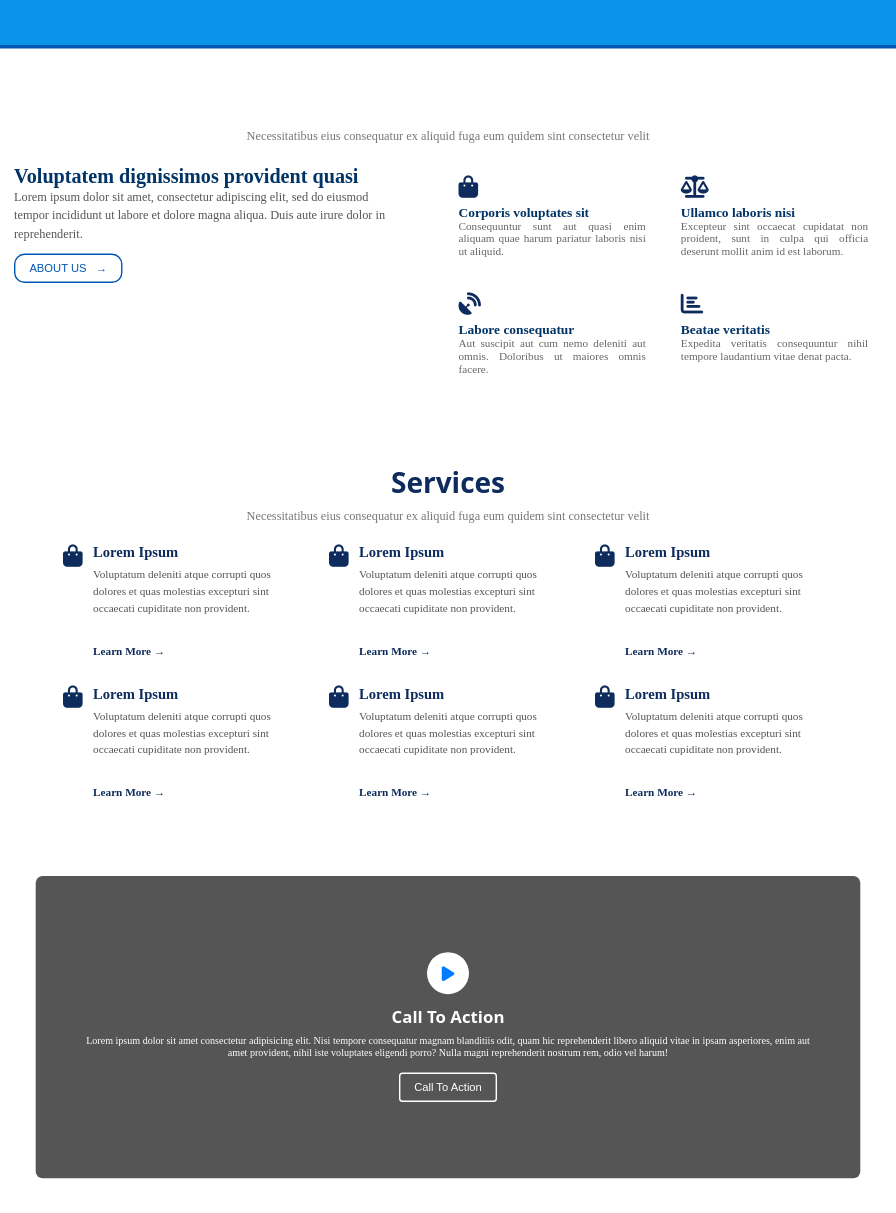
Repository: Sharathguru/web_Project
Page: Service.html
These files come from the project's save history. The page is drawn as it stood at one moment and after the next save; the edit follows.
The browser window is 1280 px wide. The pictures show the part of the page from y = 656 to 2576 px (the page is 2389 px tall before and 3182 px after), at 70% of full size.

Above is the page before, as saved 2025-03-21 20:58:28.

### Service.html
<!DOCTYPE html>
<html lang="en">
<head>
  <meta charset="UTF-8">
  <meta name="viewport" content="width=device-width, initial-scale=1.0">
  <title>ANYAR - About Us</title>

  <link rel="stylesheet" href="https://cdnjs.cloudflare.com/ajax/libs/font-awesome/6.7.2/css/all.min.css" integrity="sha512-Evv84Mr4kqVGRNSgIGL/F/aIDqQb7xQ2vcrdIwxfjThSH8CSR7PBEakCr51Ck+w+/U6swU2Im1vVX0SVk9ABhg==" crossorigin="anonymous" referrerpolicy="no-referrer" />

  <link rel="stylesheet" href="Service.css">
</head>
<body>
  <header>
    <nav id="nav-detail">
      <div id="nav-heading">
        <h2>ANYAR</h2>
      </div>

      <div id="nav-heading2">
        <a href="home.html">Home</a>
        <a href="About.html">About</a>
        <a href="Service.html">Services</a>
        <a href="#">Portfolio</a>
        <a href="#">Team</a>
        <div class="dropdown">
          <select>
            <option value="" disabled selected>Dropdown</option>
            <option value="">Option 1</option>
            <option value="">Option 2</option>
            <option value="">Option 3</option>
          </select>
        </div>
        <a href="Contact.html">Contact</a>
      </div>

      <div id="nav-heading3">
        <i class="fa-brands fa-x-twitter"></i>
        <i class="fa-brands fa-facebook"></i>
        <i class="fa-brands fa-instagram"></i>
        <i class="fa-brands fa-linkedin"></i>
        <i id="menu-bar" class="fa-solid fa-bars"></i>
      </div>
    </nav>

    <nav>
      <div id="nav-content">
        <h1>Welcome to Anyar Occaecati aliquam et in ut omnis</h1>
        <p>Blanditiis praesentium aliquam illum tempore incidunt debitis dolorem magni est deserunt sed qui libero. Qui voluptas amet.</p>
        <button>Get Started</button>
      </div>
    </nav>
  </header>

  <section id="about">
    <div class="container">
        <h1>About</h1>
        <p class="subtitle">Necessitatibus eius consequatur ex aliquid fuga eum quidem sint consectetur velit</p>

        <div class="content">
            <div class="left">
                <h2>Voluptatem dignissimos provident quasi</h2>
                <p>Lorem ipsum dolor sit amet, consectetur adipiscing elit, sed do eiusmod tempor incididunt ut labore et dolore magna aliqua. Duis aute irure dolor in reprehenderit.</p>
                <button class="btn">ABOUT US &nbsp; →</button>
            </div>
            <div class="right">
                <div class="feature">
                    <i class="fa-solid fa-bag-shopping icon"></i>
                    <h3>Corporis voluptates sit</h3>
                    <p>Consequuntur sunt aut quasi enim aliquam quae harum pariatur laboris nisi ut aliquid.</p>
                </div>
                <div class="feature">
                    <i class="fa-solid fa-balance-scale icon"></i>
                    <h3>Ullamco laboris nisi</h3>
                    <p>Excepteur sint occaecat cupidatat non proident, sunt in culpa qui officia deserunt mollit anim id est laborum.</p>
                </div>
                <div class="feature">
                    <i class="fa-solid fa-satellite-dish icon"></i>
                    <h3>Labore consequatur</h3>
                    <p>Aut suscipit aut cum nemo deleniti aut omnis. Doloribus ut maiores omnis facere.</p>
                </div>
                <div class="feature">
                    <i class="fa-solid fa-chart-bar icon"></i>
                    <h3>Beatae veritatis</h3>
                    <p>Expedita veritatis consequuntur nihil tempore laudantium vitae denat pacta.</p>
                </div>
            </div>
        </div>
    </div>
  </section>

  <section class="services">
    <div class="container">
        <h1>Services</h1>
        <p>Necessitatibus eius consequatur ex aliquid fuga eum quidem sint consectetur velit</p>
        <div class="services-grid">
            <div class="service-item">
                <i class="fa-solid fa-bag-shopping icon"></i>
                <div class="service-item-detail">
                <h3>Lorem Ipsum</h3>
                <p>Voluptatum deleniti atque corrupti quos dolores et quas molestias excepturi sint occaecati cupiditate non provident.</p>
                <a href="#" class="learn-more">Learn More →</a>
              </div>
            </div>
            <div class="service-item">
              <i class="fa-solid fa-bag-shopping icon"></i>
              <div class="service-item-detail">
              <h3>Lorem Ipsum</h3>
              <p>Voluptatum deleniti atque corrupti quos dolores et quas molestias excepturi sint occaecati cupiditate non provident.</p>
              <a href="#" class="learn-more">Learn More →</a>
            </div>
          </div>
          <div class="service-item">
            <i class="fa-solid fa-bag-shopping icon"></i>
            <div class="service-item-detail">
            <h3>Lorem Ipsum</h3>
            <p>Voluptatum deleniti atque corrupti quos dolores et quas molestias excepturi sint occaecati cupiditate non provident.</p>
            <a href="#" class="learn-more">Learn More →</a>
          </div>
        </div>
        <div class="service-item">
          <i class="fa-solid fa-bag-shopping icon"></i>
          <div class="service-item-detail">
          <h3>Lorem Ipsum</h3>
          <p>Voluptatum deleniti atque corrupti quos dolores et quas molestias excepturi sint occaecati cupiditate non provident.</p>
          <a href="#" class="learn-more">Learn More →</a>
        </div>
      </div>
      <div class="service-item">
        <i class="fa-solid fa-bag-shopping icon"></i>
        <div class="service-item-detail">
        <h3>Lorem Ipsum</h3>
        <p>Voluptatum deleniti atque corrupti quos dolores et quas molestias excepturi sint occaecati cupiditate non provident.</p>
        <a href="#" class="learn-more">Learn More →</a>
      </div>
    </div>
    <div class="service-item">
      <i class="fa-solid fa-bag-shopping icon"></i>
      <div class="service-item-detail">
      <h3>Lorem Ipsum</h3>
      <p>Voluptatum deleniti atque corrupti quos dolores et quas molestias excepturi sint occaecati cupiditate non provident.</p>
      <a href="#" class="learn-more">Learn More →</a>
    </div>
  </div>
        </div>
    </div>
</section>

<aside id="call-to-action-1">
<aside id="call-to-action">
  <div class="container">
    <div class="icon-wrapper">
      <i class="fa-solid fa-play icon"></i>
    </div>
    <div class="content1">
      <h1>Call To Action</h1>
      <p>
        Lorem ipsum dolor sit amet consectetur adipisicing elit. Nisi tempore consequatur magnam blanditiis odit, quam hic reprehenderit libero aliquid vitae in ipsam asperiores, enim aut amet provident, nihil iste voluptates eligendi porro? Nulla magni reprehenderit nostrum rem, odio vel harum!
      </p>
      <button class="cta-button">Call To Action</button>
    </div>
  </div>
</aside>
</aside>


  <script>
    document.getElementById('menu-bar').addEventListener('click', function() {
      var navHeading2 = document.getElementById('nav-heading2');
      navHeading2.classList.toggle('mobile-menu');
    });
  </script>
</body>
</html>

### Service.css
/* General Styles */
*{
    margin: 0;
    padding: 0;
    box-sizing: border-box;
}

/* Header Styles */
header {
    padding: 0 3rem 0 3rem;
    width: 100%;
    height: 100vh;
    background-color: rgb(10, 147, 232);
}
#nav-detail {
    width: 100%;
    height: 15vh;
    display: flex;
    justify-content: space-between;
    align-items: center;
    color: white;
}
#nav-heading2 {
    width: 50vw;
    display: flex;
    justify-content: space-evenly;
}
#nav-heading2>a {
    text-decoration: none;
    color: white;
}
select {
    background-color: transparent;
    border: none;
    color: white;
}
#nav-heading3 {
    width: 10vw;
    display: flex;
    justify-content: space-evenly;
}
#nav-content {
    height: 80vh;
    padding: 0 5rem;
    align-self: center;
    display: flex;
    flex-direction: column;
    align-items: center;
    text-align: center;
}
#nav-content>h1 {
    color: white;
    font-weight: 900;
    font-size: 4.5rem;
    margin: 3.3rem 0 1rem 0;
}
#nav-content>p {
    padding: 0 4rem 0 4rem;
    color: white;
    font-size: 2rem;
}
#nav-content>button {
    width: 10vw;
    height: 12vh;
    margin: 2rem 0 5rem 0;
    background-color: rgb(15, 67, 102);
    border: none;
    border-radius: 1rem;
    color: white;
    font-weight: 900;
    cursor: pointer;
}
#menu-bar {
    display: none;
}

/* Media query for screen width between 359px and 740px */
@media (min-width: 359px) and (max-width: 740px) {
    header {
        height: 56vh;
    }
    #nav-heading {
        position: relative;
        right: 30px;
    }
    #nav-heading2 {
        display: none;
    }
    #nav-heading3 {
        margin-left: 3rem;
        position: relative;
        left: 30px;
        width: 40vw;
        display: flex;
        justify-content: space-between;
    }
    #menu-bar {
        display: block;
        cursor: pointer;
    }
    #nav-heading2.mobile-menu {
        display: flex;
        flex-direction: column;
        position: absolute;
        top: 15vh;
        left: 0;
        width: 100%;
        background-color: rgb(10, 147, 232);
        padding: 1rem;
        box-shadow: 0 4px 8px rgba(0, 0, 0, 0.1);
    }
    #nav-heading2.mobile-menu a, #nav-heading2.mobile-menu select {
        margin: 0rem 0;
    }
    #nav-content {
        width: 100%;
        height: 100vh;
    }
    #nav-content>h1 {
        width: 100vw;
        font-size: 1.7rem;
    }
    #nav-content>p {
        padding: 0 2rem 0 2rem;
        width: 100vw;
        font-size: 0.9rem;
        opacity: 0.8;
    }
    #nav-content>button {
        width: 100%;
        height: 5vh;
        font-size: 0.8rem;
        background-color: rgb(5, 104, 169);
    }
}

/* About Section */
#about {
    background-color: #fff;
    text-align: center;
    padding: 50px 20px;
    border-top: 5px solid #0056b3;
}

/* Container */
.container {
    /* padding: 0 2rem 0 2rem; */
    max-width: 100%;
    margin: 0 auto;
}

/* Heading */
.container h1 {
    font-size: 2.5em;
    color: white;
    margin-bottom: 10px;
    font-family: system-ui, -apple-system, BlinkMacSystemFont, 'Segoe UI', Roboto, Oxygen, Ubuntu, Cantarell, 'Open Sans', 'Helvetica Neue', sans-serif;
}

.subtitle {
    font-size: 1.1em;
    color: #777;
    margin-bottom: 30px;
}

/* Content */
.content {
    display: flex;
    flex-wrap: wrap;
    justify-content: space-between;
    text-align: left;
}

/* Left Section */
.left {
    width: 45%;
    /* padding: 0 0 0 rem; */
}

.left h2 {

    font-size: 1.8em;
    color: #003366;
}

.left p {
    font-size: 1.1em;
    color: #555;
    line-height: 1.5;
}

.btn {
    display: inline-block;
    margin-top: 15px;
    padding: 10px 20px;
    font-size: 1em;
    color: #0056b3;
    border: 2px solid #0056b3;
    background: none;
    cursor: pointer;
    border-radius: 15px;
    transition: 0.3s ease;
}

.btn:hover {
    background: #0056b3;
    color: white;
}

/* Right Section */
.right {
    width: 50%;
    display: flex;
    flex-wrap: wrap;
    gap: 20px;
}

.feature {
    width: 48%;
    padding: 15px;
}

.icon {
    font-size: 2em;
    color: #0056b3;
}

.feature h3 {
    font-size: 1.2em;
    color: #003366;
    margin-top: 10px;
}

.feature p {
    font-size: 1rem;
    /* color: black; */
    opacity: 0.6;
    text-align: justify;
}

/* Responsive */
@media (max-width: 768px) {
    .content {
        width: 100%;

        flex-direction: column;
        align-items: center;
    }

    .left, .right {
        width: 100%;
        /* text-align: center; */
    }
    .content
    {
        position: relative;
        right: 10px;
        text-align: justify;
    }

    .feature {
        width: 100%;
    }
}

/* Services Section */
.services {
    text-align: center;
    padding: 60px 20px;
    background-color: #fff;
}

.services h1 {
    font-size: 2.5em;
    color: #0d2b5c;
    font-weight: bold;
    margin-bottom: 10px;
}

.services p {
    font-size: 1.1em;
    color: #777;
    margin-bottom: 30px;
}

/* Services Grid */
.services-grid {
    display: grid;
    grid-template-columns: repeat(3, 1fr);
    gap: 40px;
    justify-items: center;
    max-width: 1100px;
    margin: 0 auto;
}

/* Service Item */
.service-item {
    display: flex;
    align-items: flex-start;
    gap: 15px;
    max-width: 350px;
    text-align: left;
}

.service-item-detail {
    display: flex;
    flex-direction: column;
}

.service-item h3 {
    font-size: 1.3em;
    color: #0d2b5c;
    font-weight: bold;
    margin-bottom: 8px;
}

.service-item p {
    font-size: 1rem;
    color: #555;
    line-height: 1.5;
}

/* Service Icons */
.icon {
    font-size: 2rem;
    color: #0d2b5c;
}

/* Learn More Link */
.learn-more {
    display: inline-block;
    margin-top: 10px;
    font-size: 1em;
    color: #0d2b5c;
    text-decoration: none;
    font-weight: bold;
}

.learn-more:hover {
    text-decoration: underline;
}

/* Responsive Styles */
@media (max-width: 992px) {
    .services-grid {
        grid-template-columns: repeat(2, 1fr);
    }
}

@media (max-width: 768px) {
    .services-grid {
        grid-template-columns: 1fr;
    }
    #call-to-action p
    {
        text-align: justify;
    }
}

/* Call to Action Section */
#call-to-action {
    width: 95%;
    height: 60vh;
    background-color: #555;
    display: flex;
    justify-content: center;
    align-items: center;
    border-radius: 10px;
}

#call-to-action .container {
    width: 90%;
    text-align: center;
    color: white;
    /* max-width: 600px; */
}


#call-to-action-1
{
    display: flex;
    justify-content: center;
    align-items: center;
    flex-direction: column;
    text-align: center;
    padding: 50px 20px;
    color: white;
    border-radius: 10px;
}

.icon-wrapper {
    background-color: white;
    display: inline-flex;
    justify-content: center;
    align-items: center;
    width: 60px;
    height: 60px;
    border-radius: 50%;
    margin-bottom: 15px;
}

#call-to-action .icon {
    font-size: 24px;
    color: #007bff;
}

#call-to-action h1 {
    font-size: 24px;
    font-weight: bold;
    margin-bottom: 10px;
}

#call-to-action p {
    width: 100%;
    font-size: 0.9rem;
    margin-bottom: 20px;
}

.cta-button {
    padding: 10px 20px;
    background: transparent;
    color: white;
    border: 2px solid white;
    cursor: pointer;
    font-size: 16px;
    border-radius: 5px;
}

.cta-button:hover {
    background-color: white;
    color: #555;
}

Loaded but not shown: Contact.css (700 lines, source omitted)

After the next save:
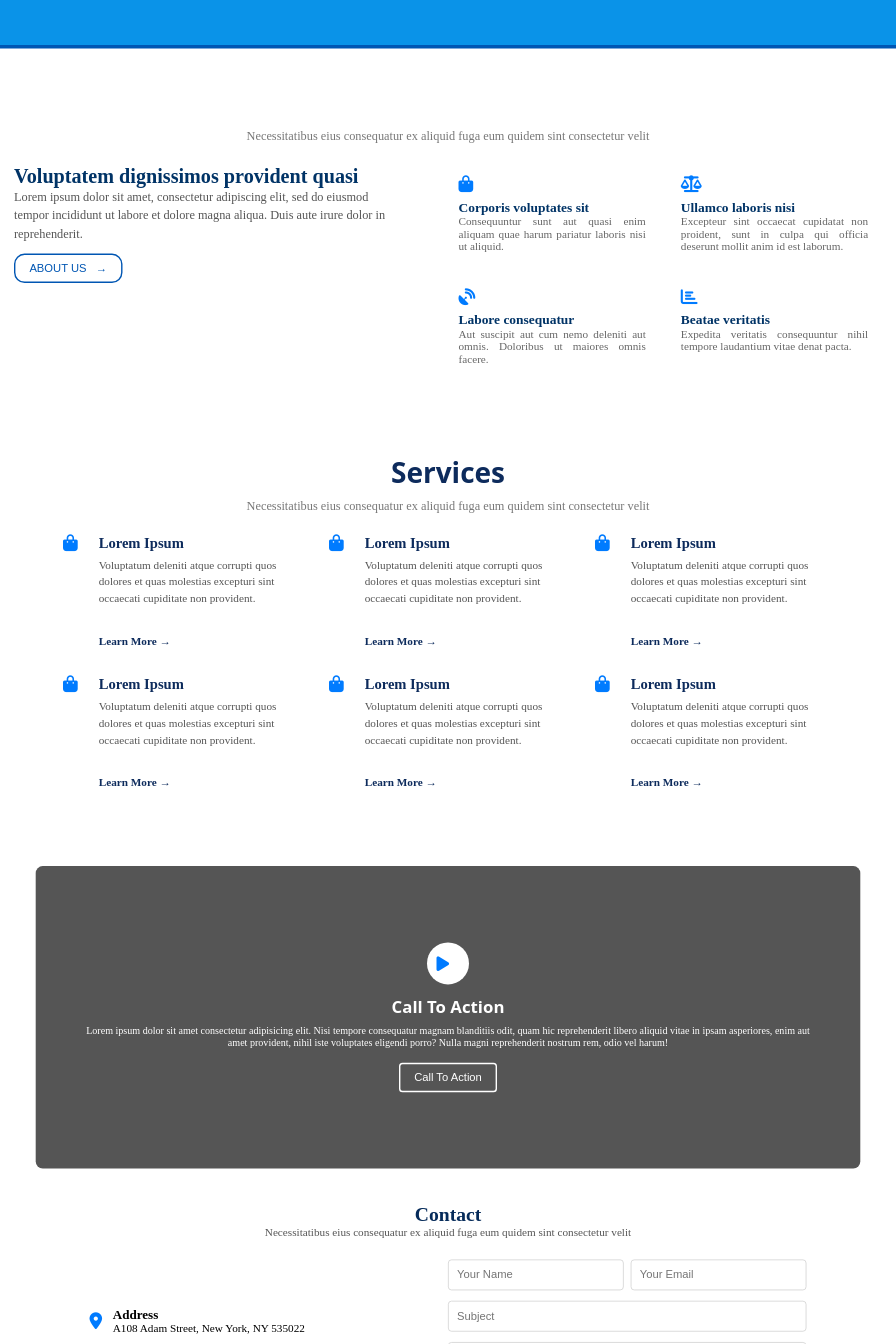
Saved 28 s later.
--- a/Service.html
+++ b/Service.html
@@ -7,7 +7,7 @@
 
   <link rel="stylesheet" href="https://cdnjs.cloudflare.com/ajax/libs/font-awesome/6.7.2/css/all.min.css" integrity="sha512-Evv84Mr4kqVGRNSgIGL/F/aIDqQb7xQ2vcrdIwxfjThSH8CSR7PBEakCr51Ck+w+/U6swU2Im1vVX0SVk9ABhg==" crossorigin="anonymous" referrerpolicy="no-referrer" />
 
-  <link rel="stylesheet" href="Service.css">
+  <link rel="stylesheet" href="Contact.css">
 </head>
 <body>
   <header>
@@ -30,7 +30,7 @@
             <option value="">Option 3</option>
           </select>
         </div>
-        <a href="Contact.html">Contact</a>
+        <a href="#">Contact</a>
       </div>
 
       <div id="nav-heading3">
@@ -162,6 +162,117 @@
 </aside>
 </aside>
 
+<section class="contact-section">
+    <div class="container">
+        <h3 class="title">Contact</h3>
+        <p class="description">
+            Necessitatibus eius consequatur ex aliquid fuga eum quidem sint consectetur velit
+        </p>
+        <div class="contact-wrapper">
+
+            <!-- Left Side - Contact Details -->
+            <div class="contact-info">
+                <div class="info-item">
+                    <i class="fa-solid fa-location-dot icon"></i>
+                    <div>
+                        <h3>Address</h3>
+                        <p>A108 Adam Street, New York, NY 535022</p>
+                    </div>
+                </div>
+                <div class="info-item">
+                    <i class="fa-solid fa-phone icon"></i>
+                    <div>
+                        <h3>Call Us</h3>
+                        <p>+1 5589 55488 55</p>
+                    </div>
+                </div>
+                <div class="info-item">
+                    <i class="fa-solid fa-envelope icon"></i>
+                    <div>
+                        <h3>Email Us</h3>
+                        <p>info@example.com</p>
+                    </div>
+                </div>
+            </div>
+
+            <!-- Right Side - Contact Form -->
+            <div class="contact-form">
+                <form action="">
+                    <div class="input-group">
+                        <input type="text" placeholder="Your Name">
+                        <input type="email" placeholder="Your Email">
+                    </div>
+                    <input type="text" placeholder="Subject">
+                    <textarea placeholder="Message"></textarea>
+                    <button class="send-btn">Send Message</button>
+                </form>
+            </div>
+
+        </div>
+    </div>
+</section>
+
+<footer id="footer">
+    <div id="footer-content">
+        <div id="footer-logo">
+            <h2>Join Our Newsletter</h2>
+            <p>Subscribe to our newsletter and receive the latest news about our products and services!</p>
+            <div class="newsletter">
+                <input type="email" placeholder="Enter Your Email">
+                <button>Subscribe</button>
+            </div>
+        </div>
+
+        <div class="footer-sections">
+            <div class="footer-info">
+                <h3>Anyar</h3>
+                <p>A108 Adam Street <br> New York, NY 535022</p>
+                <p><strong>Phone:</strong> +1 5589 55488 55</p>
+                <p><strong>Email:</strong> info@example.com</p>
+            </div>
+
+            <div class="footer-links">
+                <h3>Useful Links</h3>
+                <ul>
+                    <li><a href="home.html">Home</a></li>
+                    <li><a href="#">About us</a></li>
+                    <li><a href="#">Services</a></li>
+                    <li><a href="#">Terms of service</a></li>
+                </ul>
+            </div>
+
+            <div class="footer-services">
+                <h3>Our Services</h3>
+                <ul>
+                    <li><a href="#">Web Design</a></li>
+                    <li><a href="#">Web Development</a></li>
+                    <li><a href="#">Product Management</a></li>
+                    <li><a href="#">Marketing</a></li>
+                </ul>
+            </div>
+
+            <div class="footer-follow">
+                <h3>Follow Us</h3>
+                <p>Stay connected with us on social media!</p>
+                <div class="social-icons">
+                    <a href="#"><i class="fa fa-twitter"></i></a>
+                    <a href="#"><i class="fa fa-facebook"></i></a>
+                    <a href="#"><i class="fa fa-instagram"></i></a>
+                    <a href="#"><i class="fa fa-linkedin"></i></a>
+                </div>
+            </div>
+        </div>
+
+        <div class="footer-bottom">
+            <p>&copy; Copyright <strong>Anyar</strong>. All Rights Reserved</p>
+        </div>
+    </div>
+</footer>
+
+
+
+
+
 
   <script>
     document.getElementById('menu-bar').addEventListener('click', function() {
